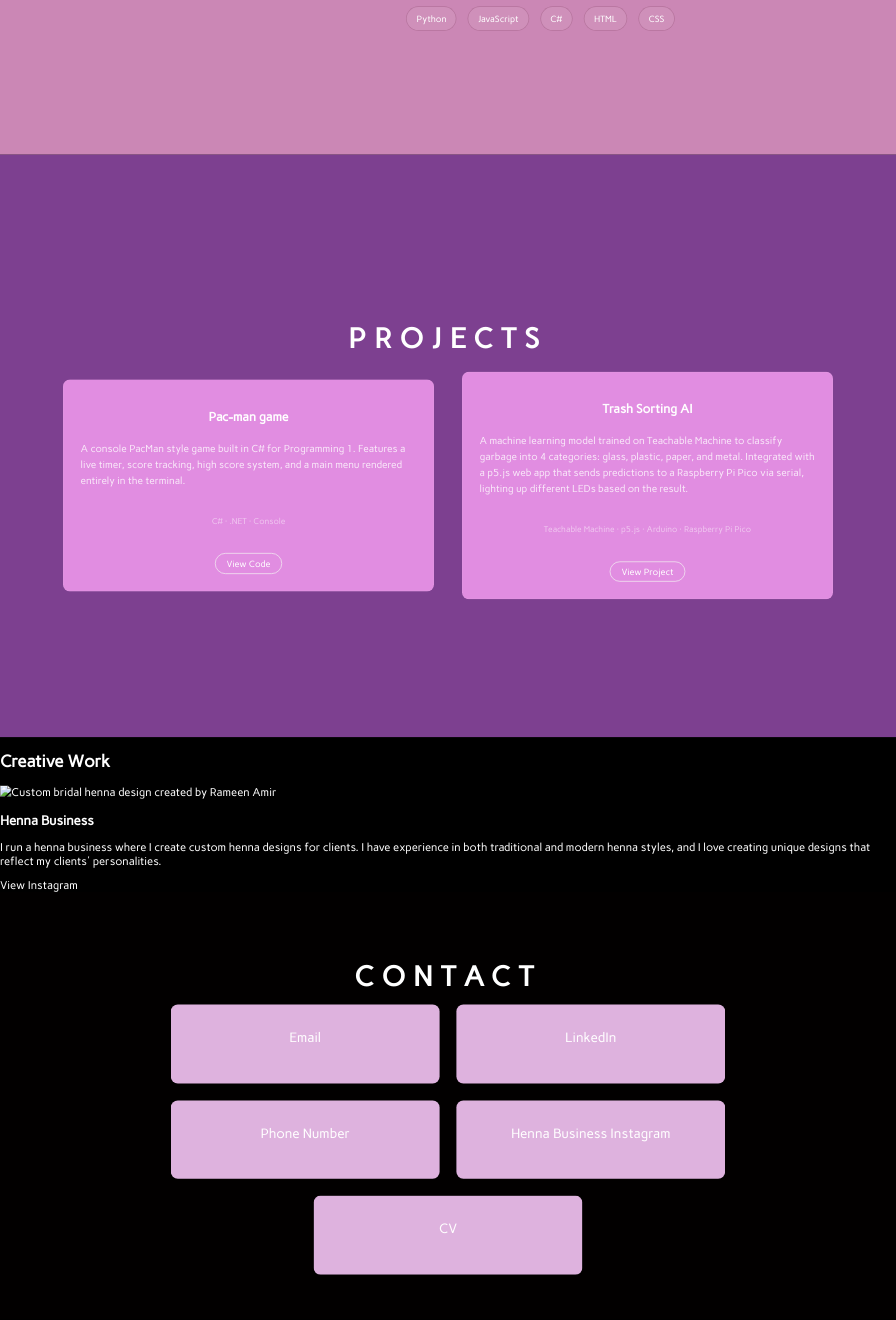
Repository: Rameen-A/Rameen-A
Page: index.html
These files come from the project's save history. The page is drawn as it stood at one moment and after the next save; the edit follows.
The browser window is 1280 px wide. The pictures show the part of the page from y = 1270 to 3190 px (the page is 3155 px tall before and 3190 px after), at 70% of full size.

Above is the page before, as saved 2026-05-09 22:23:47.
Not found: assets/images/henna.jpg

### index.html
<!DOCTYPE html>
<html lang="en">
  <head>
    <meta charset="UTF-8" />
    <meta name="viewport" content="width=device-width, initial-scale=1.0" />
    <title>Rameen's Portfolio</title>
    <link rel="stylesheet" href="./styles/globals.css" />
    <link rel="stylesheet" href="./styles/index.css" />
  </head>
  <body>
    <nav class="sidebar">
      <ul class="menu">
        <li><a href="#about">About me</a></li>
        <li><a href="#projects">Projects</a></li>
        <li><a href="#creativework">Creative Work</a></li>
        <li><a href="#contact">Contact</a></li>
      </ul>
    </nav>
    <!-- Hero Section -->
    <main>
      <section class="hero">
        <article>
          <h1>Rameen Amir</h1>
          <h3>Computer Science student | Business Artist</h3>
          <a href="#projects">View Projects</a>
        </article>
      </section>
      <!-- About Me Section -->
      <section class="about" id="about">
        <img
          src="assets/images/686415663_1672869123865112_6993977710073232581_n.jpg"
          alt="Profile Picture Of Rameen"
        />
        <!-- !my image doesnt have srcset - will add in the end -->
        <!-- !need an svg for menu bar and other spots - will end in the end-->

        <div class="about-content">
          <h2 class="aboutMe">About Me</h2>
          <p>
            I am a Computer Science student with a passion for business and
            creating. I have experience in c# and UI, project and management.
            Along with CS, i have interest in art and run a henna business. I
            love creating art and calligraphy. I am always looking for new
            opportunities to learn and grow in both fields.
          </p>
          <p class="tools-labels">Tools & Technologies:</p>
          <ul class="tools-list">
            <li>Python</li>
            <li>JavaScript</li>
            <li>C#</li>
            <li>HTML</li>
            <li>CSS</li>
          </ul>
        </div>
      </section>
      <!-- Projects Section -->
      <section class="projects" id="projects">
        <h2>Projects</h2>
        <div class="cards">
          <article class="card">
            <h3>Pac-man game</h3>
            <p>
              A console PacMan style game built in C# for Programming 1.
              Features a live timer, score tracking, high score system, and a
              main menu rendered entirely in the terminal.
            </p>
            <p class="tech">C# · .NET · Console</p>
            <a href="./pages/project-PacMan-1.html" target="_blank"
              >View Code</a
            >
          </article>
          <article class="card">
            <h3>Trash Sorting AI</h3>
            <p>
              A machine learning model trained on Teachable Machine to classify
              garbage into 4 categories: glass, plastic, paper, and metal.
              Integrated with a p5.js web app that sends predictions to a
              Raspberry Pi Pico via serial, lighting up different LEDs based on
              the result.
            </p>
            <p class="tech">
              Teachable Machine · p5.js · Arduino · Raspberry Pi Pico
            </p>
            <a href="./pages/project-TrashSorting-2.html" target="_blank"
              >View Project</a
            >
          </article>
        </div>
      </section>
      <!-- Creative Work Section -->
      <section class="creative-work" id="creativework">
        <h2>Creative Work</h2>
        <div class="ccreative-cards">
          <article class="creative-card">
            <img
              src="./assets/images/henna.jpg"
              alt="Custom bridal henna design created by Rameen Amir"
            />
            <div class="creative-content">
            <h3>Henna Business</h3>
            <p>
              I run a henna business where I create custom henna designs for
              clients. I have experience in both traditional and modern henna
              styles, and I love creating unique designs that reflect my
              clients' personalities.
            </p>
            <a
              href="https://www.instagram.com/henna_byrameen?igsh=OGZzczk1ZWl6bW9p"
              target="_blank"
              >View Instagram</a
            >
          </article>
        </div>
      </section>

      <!-- CONTACT Section -->
      <section id="contact" class="contact">
        <h2 id="contact">Contact</h2>
        <div class="contact-cards">
          <div class="contact-card">
            <p class="contact-label">Email</p>
            <a href="mailto:rameenamir.ca@gmail.com" target="_blank"
              >rameenamir.ca@gmail.com</a
            >
          </div>

          <div class="contact-card">
            <p class="contact-label">LinkedIn</p>
            <a
              href="https://www.linkedin.com/in/rameen-amir-5a9912349/"
              target="_blank"
              >Rameen Amir</a
            >
          </div>
          <div class="contact-card">
            <p class="contact-label">Phone Number</p>
            <a href="tel:5145617912">514-561-7912</a>
          </div>
          <div class="contact-card">
            <p class="contact-label">Henna Business Instagram</p>
            <a
              href="https://www.instagram.com/henna_byrameen?igsh=OGZzczk1ZWl6bW9p"
              target="_blank"
              >Henna_byrameen</a
            >
          </div>
          <div class="contact-card">
            <p class="contact-label">CV</p>
            <a href="assets/images/rameen cv 26.png" target="_blank">View CV</a>
          </div>
        </div>
      </section>
    </main>
  </body>
</html>

### styles/globals.css
/* FONT DEFS */
@font-face {
  font-family: "main font";
  src: url(../assets/fonts/Carme/Carme-Regular.ttf);
}

/* CROSS PAGE STYLES */
body {
  color: white;
  font-family: "main font", Verdana, sans-serif;
  margin: 0;
}

h1 {
  font-weight: bold;
  text-transform: uppercase;
  font-size: 2rem;
}

a {
  text-decoration: none;
  color: white;
  font-size: 0.75rem; /*! too small*/
}
ul {
  list-style: none;
  padding: 0;
  margin: 0;
}
a:hover {
  text-decoration: underline;
}
@media (min-width: 768px) {
  h1 {
    font-size: 3.5rem;
  }

  a {
    font-size: 1rem;
  }
}

### styles/index.css
body {
  margin: 0;
  top: 0;
  background-color: black;
}

.hero {
  display: flex;
  align-items: center;
  justify-content: center;
  text-align: center;
  height: 100vh;

  background-image: url(../assets/images/getsitecontrol__compress-gif__free.gif);
  background-size: cover;
  background-position: center;
  background-repeat: no-repeat;
}
.hero a,
.card a {
  border: 2px solid rgb(238, 236, 236);
  padding: 0.5rem;
  border-radius: 20px;
}
article {
  opacity: 1;
}
/*menu bar */
.menu {
  background: rgba(0, 0, 0, 0.9);
  display: flex;
  flex-direction: row;
  justify-content: flex-end;
}

/* ABOUT ME  */
.about {
  display: flex;
  align-items: center;
  justify-content: center;
  min-height: 100vh;
  text-align: center;

  gap: 2.5rem;
  flex-direction: column;

  background-color: rgb(203, 135, 181);
}
.about h2 {
  font-size: 1.75rem;
  margin-bottom: 1rem;
  letter-spacing: 0.3em;
  text-transform: uppercase;
}
.about-content {
  display: flex;
  flex-direction: column;
  align-items: center;
  gap: 1rem;
  margin: 0 1rem;
  width: 100%;
  max-width: 90%;
  text-align: left;
  line-height: 1.8;
  font-size: 1rem;
}
.about img {
  width: 13rem;
  height: 10rem;

  object-fit: cover;
  border-radius: 50%;

  border: 4px solid rgba(255, 255, 255, 0.2);
}
.about-list li {
  font-size: 0.95rem;
  line-height: 1.5;
}

.tools-labels {
  font-size: 0.8rem;
  text-transform: uppercase;
  letter-spacing: 0.08em;
  text-align: left;
  margin-bottom: 0.5rem;
}
.tools-list {
  display: flex;
  flex-wrap: wrap; /* allows items to wrap / internet*/
  gap: 1rem;
  text-align: left;
  justify-content: center;
}
.tools-list li {
  background-color: rgba(255, 252, 252, 0.08);
  border: 1px solid rgba(82, 4, 35, 0.2);
  border-radius: 20px;
  padding: 0.3rem 0.85rem;
  font-size: 0.8rem;
}
/*PROJECTS*/
.projects {
  display: flex;
  justify-content: center;
  min-height: 100vh;
  background-color: rgb(125, 64, 144);
  align-items: center;
  padding-top: 4rem;
  padding-bottom: 3rem;
  flex-direction: column;
}
.projects h2 {
  font-size: 1.75rem;
  margin-bottom: 1rem;
  letter-spacing: 0.3em;
  text-transform: uppercase;
}

.cards {
  display: flex;
  flex-direction: column;
  gap: 1.5rem;
  align-items: center;
  margin: 0 1rem;
  width: 100%;
  max-width: 90%;
  text-align: left;
}
.card {
  background-color: #e18de1;
  border: 1px solid rgba(230, 216, 225, 0.1);
  border-radius: 10px;
  padding: 1.5rem;
  text-align: left;
  display: flex;
  flex-direction: column;
  align-items: center;
  gap: 1rem;
  margin: 0.5rem;
}

.card:hover {
  border-color: rgba(180, 26, 26, 0.4);
}

.card h3 {
  font-size: 1.1rem;
  margin-bottom: 0.5rem;
}

.card p {
  font-size: 0.9rem;
  line-height: 1.6;
  opacity: 0.8;
  margin: 0 0 0.5rem 0;
}

.card .tech {
  font-size: 0.75rem;
  opacity: 0.5;
  margin: 0.75rem 0;
}

.card a {
  display: inline-block;
  border: 1px solid rgb(244, 239, 242);
  padding: 0.4rem 1rem;
  border-radius: 20px;
  font-size: 0.8rem;
  margin-top: 0.5rem;
}

.card a:hover {
  background-color: rgb(247, 235, 235);
  color: #0a1628;
  text-decoration: none;
}

/*CONTACT PAGE*/
.contact {
  display: flex;
  flex-direction: column;
  align-items: center;

  padding-bottom: 6rem;
  padding: 4rem 1rem;

  background-color: rgb(2, 0, 0);
}
.contact p {
  font-size: 1.2rem;
}
.contact h2 {
  font-size: 1.75rem;
  margin-bottom: 1rem;
  letter-spacing: 0.3em;
  text-transform: uppercase;
}
.contact-cards {
  display: flex;
  flex-direction: column;
  gap: 1.5rem;

  width: 100%;
  max-width: 90%;

  margin: 0; /*margin auto*/
  align-items: center;
}
.contact-card {
  background-color: #deb2de;
  padding: 1rem;
  border-radius: 10px;
  text-align: center;
  position: relative;
  overflow: hidden;
  width: 100%;
  max-width: 22rem;
}

.hover-text {
  position: absolute;
  inset: 0; /* fills the card */

  display: flex;
  align-items: center;
  justify-content: center;

  opacity: 0;
  transition: opacity 0.3s ease;
}
.contact-card:hover {
  transform: translateY(-8px);
  transition: transform 0.3s ease;
}
.contact-card a {
  opacity: 0;
  transition: opacity 0.3s ease;
  display: block;
  margin-top: 0.5rem;
  background-color: #e28ed1;
  font-size: 1rem;
}
.contact-card:hover a {
  opacity: 1;
  background-color: #e28ed1;
  border: 1px solid rgb(237, 215, 234);
  font-size: 1rem;
}

.contact-card:hover .hover-text {
  opacity: 1;
}
.contact-card .label {
  font-size: 1rem;
  text-transform: uppercase;
}

/* nav mods */
nav {
  position: sticky;
  top: 0;
}

nav ul {
  display: flex;
  justify-content: flex-end;
  margin: 0rem;
}

nav ul li {
  list-style: none;
  margin: 1rem;
}

/* Mobile-first navigation */
nav ul {
  justify-content: center;
}

/* Tablet and desktop layouts */
@media (min-width: 768px) {
  nav ul {
    justify-content: flex-end;
  }

  .about {
    gap: 3rem;
    text-align: left;
    flex-direction: row;
    text-align: left;
  }
  .card {
    max-width: 30rem;
  }

  .cards {
    flex-direction: row;
    flex-wrap: wrap;
    justify-content: center;
  }

  .contact-cards {
    flex-direction: row;
    flex-wrap: wrap;
    justify-content: center;
  }

  .about h2,
  .projects h2,
  .contact h2 {
    font-size: 2.5rem;
  }
}

After the next save:
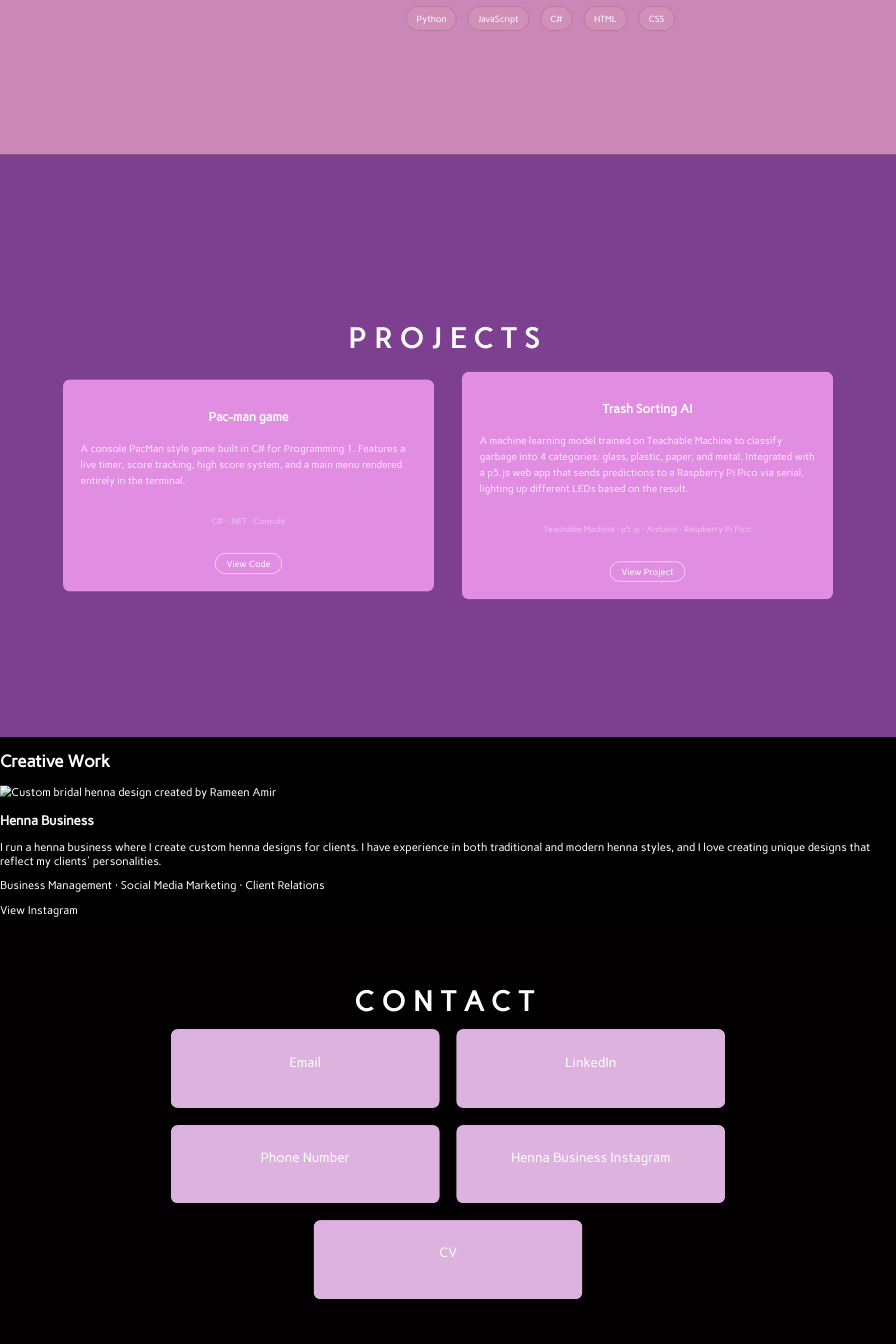
Saved 37 s later.
--- a/index.html
+++ b/index.html
@@ -97,12 +97,15 @@
               alt="Custom bridal henna design created by Rameen Amir"
             />
             <div class="creative-content">
-            <h3>Henna Business</h3>
-            <p>
+             <h3>Henna Business</h3>
+             <p>
               I run a henna business where I create custom henna designs for
               clients. I have experience in both traditional and modern henna
               styles, and I love creating unique designs that reflect my
               clients' personalities.
+            </p>
+            <p class="creative-tech">
+              Business Management · Social Media Marketing · Client Relations
             </p>
             <a
               href="https://www.instagram.com/henna_byrameen?igsh=OGZzczk1ZWl6bW9p"
